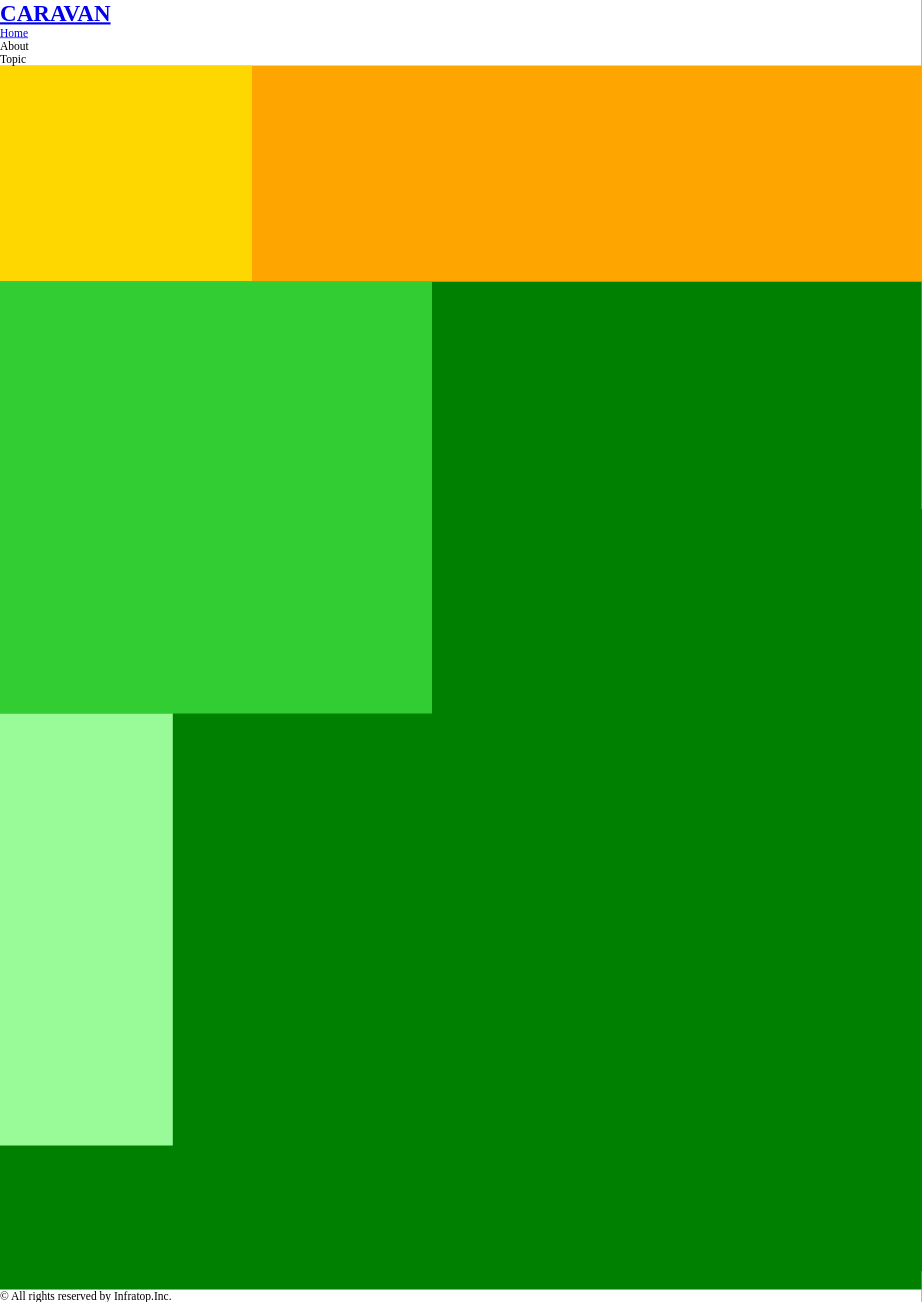
Repository: Nao002/practice
Page: caravan/index.html
The author's editor kept a record of every edit. The page is drawn from the files as they stood at one moment, then again after the next edit.
The browser window is 1280 px wide. The pictures show the whole page, at 72% of full size.

Above is the page before.

After the next edit:
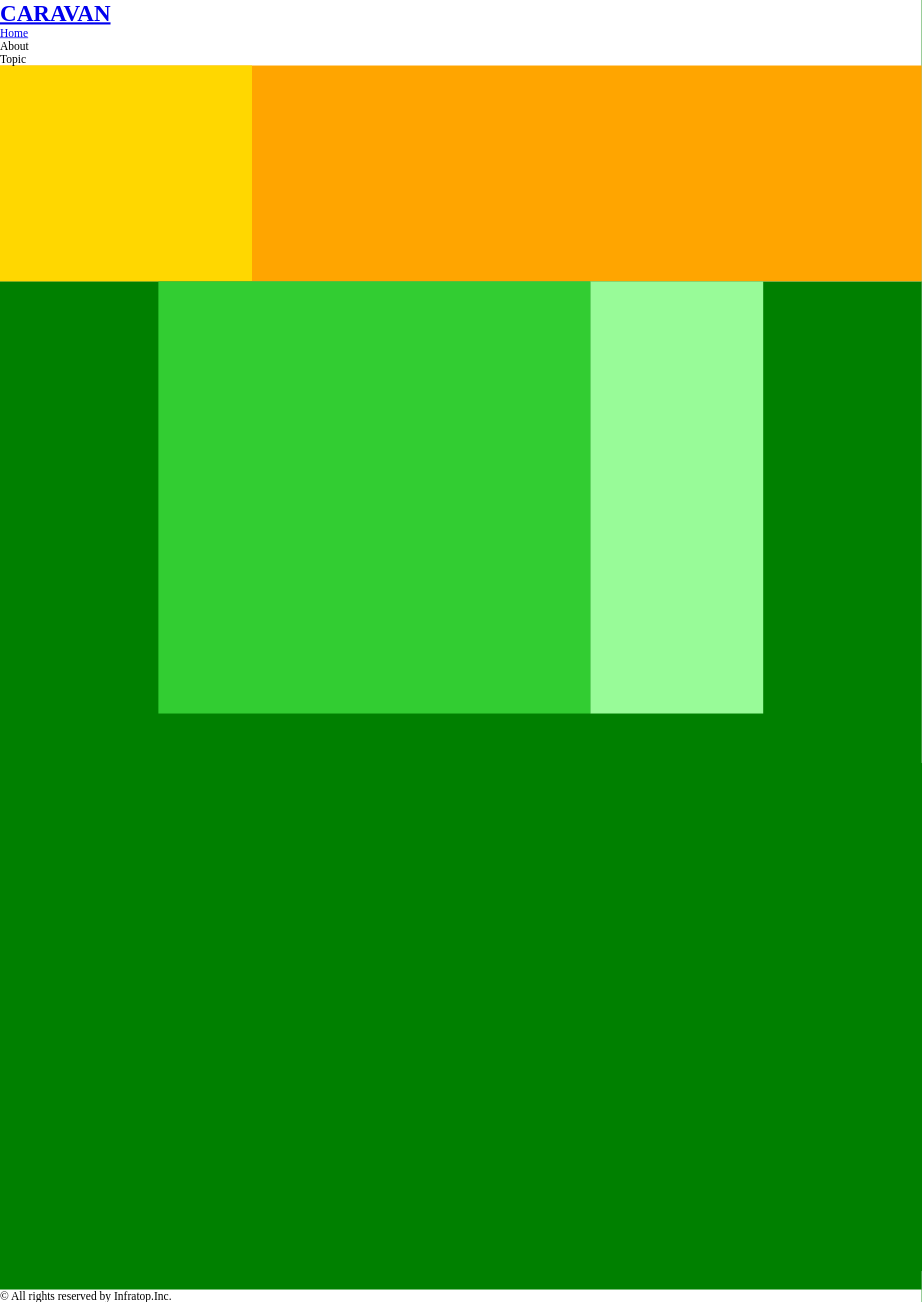
The edit:
--- a/caravan/style.css
+++ b/caravan/style.css
@@ -39,6 +39,8 @@
   width: 100%; /* 横幅いっぱい */
   height: 1400px; /* 高さ1400px（多めに設定） */
   background-color: green; /* 背景色green */
+  display: flex; /* Flexboxの利用 */
+  justify-content: center; /* 子要素の横並び・中央寄せ */
 }
 
 .blog {
